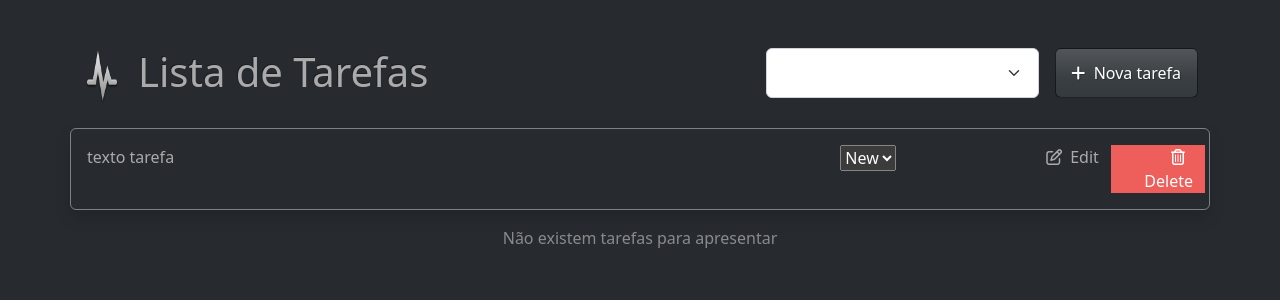
Repository: cargugati/lista_tarefas
Page: frontEnd/index.html
These files come from the project's save history. The page is drawn as it stood at one moment and after a run of saves; the edit follows.
The browser window is 1280 px wide. The pictures show the whole page.

Above is the page before, as saved 2023-03-18 21:17:16.

After the next 2 saves:
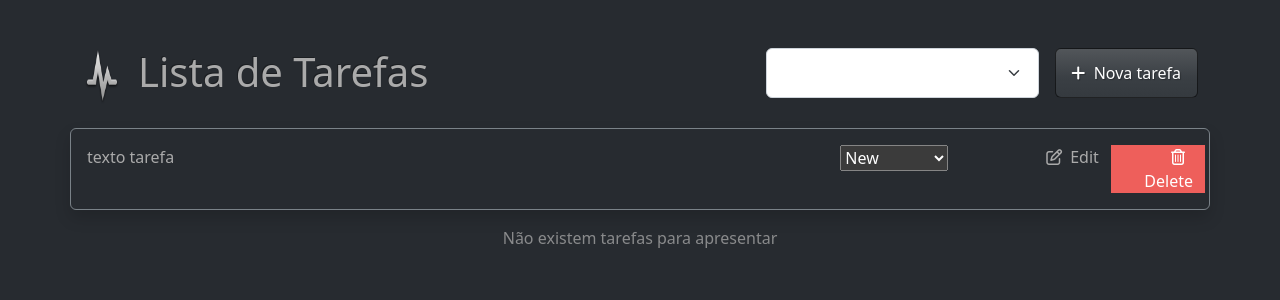
The 2 saves are shown as one change because they came seconds apart.
The last was saved 7 s later.
--- a/frontEnd/index.html
+++ b/frontEnd/index.html
@@ -42,7 +42,7 @@
           <div class="col-2">
             <select id="task_status">
               <option value="new">New</option>
-              <option value="in progress"></option>
+              <option value="in progress">In progress</option>
               <option value="canceled"></option>
               <option value="done"></option>
             </select>
